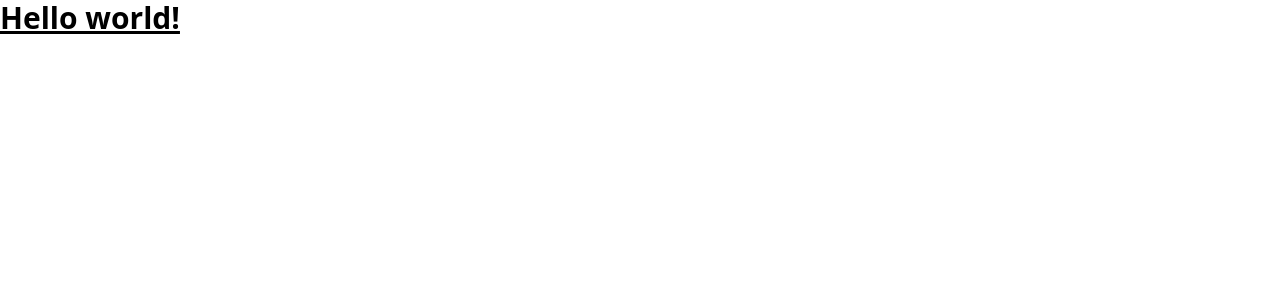
Repository: AfzalHaq61/tailwind-deep
Page: http://localhost/
An editor plug-in stored every save of this project. The page is shown before and after the next save, followed by the edit.
The browser window is 1280 px wide. The pictures show the whole page.
The page is served by the project's Laravel application, run on PHP 8.4 with Laravel 9. Other server files are loaded and not shown. Style sheets and scripts are compiled from the project's sources, by tool versions that may differ from the author's.

Above is the page before, as saved 2023-01-17 12:09:23.

### resources/views/welcome.blade.php
<!doctype html>
<html>

<head>
    <meta charset="utf-8">
    <meta name="viewport" content="width=device-width, initial-scale=1.0">
    @vite('resources/css/app.css')
</head>

<body>
    <h1 class="text-3xl font-bold underline">
        Hello world!
    </h1>
</body>

</html>

### tailwind.config.js
/** @type {import('tailwindcss').Config} */
module.exports = {
    content: [
    "./resources/**/*.blade.php",
    "./resources/**/*.js",
    "./resources/**/*.vue",
  ],
  theme: {
    extend: {},
  },
  plugins: [],
}

Loaded but not shown: routes/web.php (common file); resources/css/app.css (common file)

After the next save:
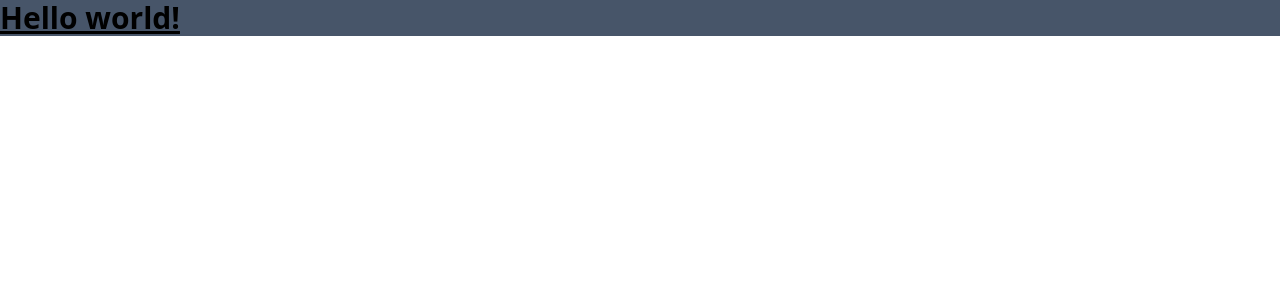
Saved 20 s later.
--- a/resources/views/welcome.blade.php
+++ b/resources/views/welcome.blade.php
@@ -8,7 +8,7 @@
 </head>
 
 <body>
-    <h1 class="text-3xl font-bold underline">
+    <h1 class="text-3xl font-bold underline bg-slate-600">
         Hello world!
     </h1>
 </body>
